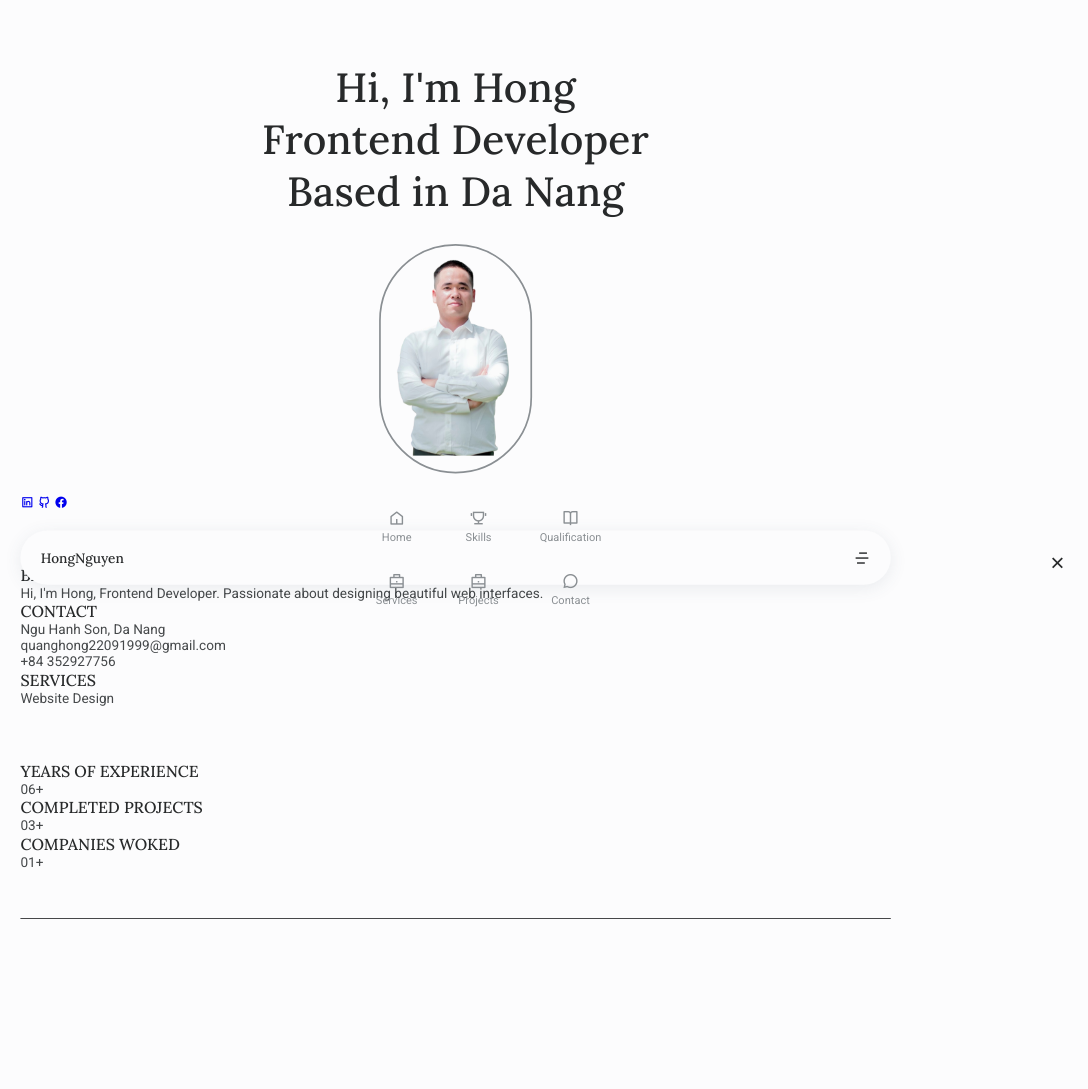
Repository: hnguyeng/myportfoliohongnguyen
Page: index.html
The author's editor kept a copy of each file at every save. The page is drawn from the files as they stood at one save, then again after the next save.
The browser window is 1280 px wide. The pictures show the whole page, at 85% of full size.
Some web libraries are served in a nearby version.

Above is the page before, as saved 2023-07-17 13:42:30.

After the next save:
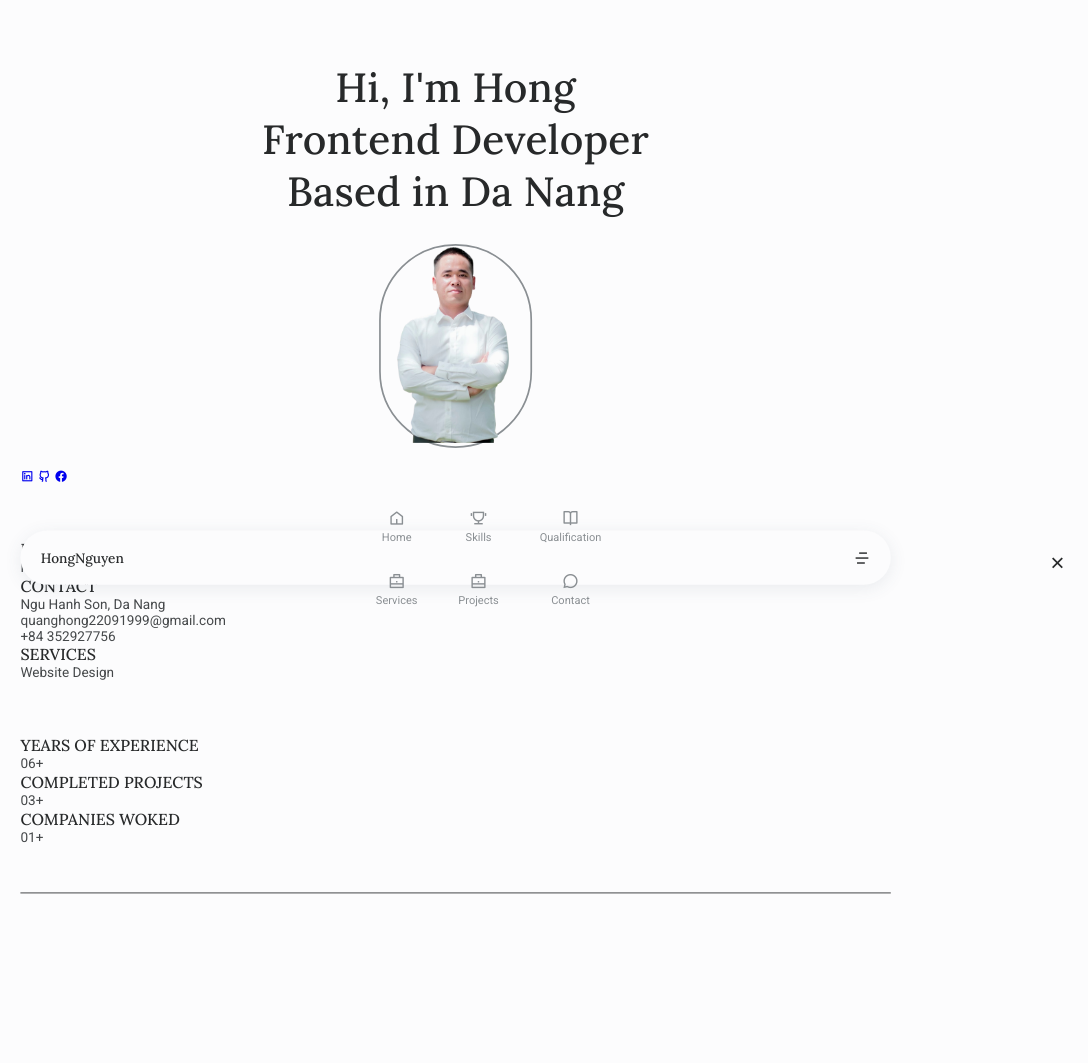
Saved 16 s later.
--- a/assets/css/style.css
+++ b/assets/css/style.css
@@ -206,7 +206,7 @@ img{
 .home__blob{
     position: relative;
     width: 180px;
-    height: 270px;
+    height: 240px;
     background-color: var(--body-color);
     border: 2px solid var(--text-color-light);
     justify-self: center;
